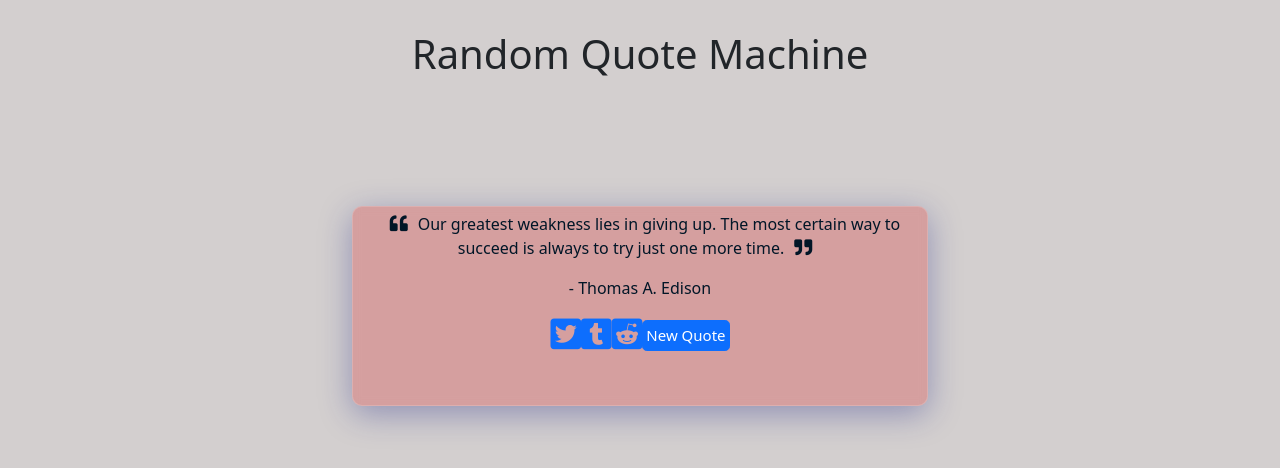
Repository: LuismGil/Random-quote-machine
Page: /
An editor plug-in stored every save of this project. The page is shown before and after the next save, followed by the edit.
The browser window is 1280 px wide. The pictures show the whole page.
The project was rebuilt for these pictures with package versions that can differ from the ones it lists, and the page was loaded fresh each time.

Above is the page before, as saved 2021-01-27 10:44:15.

After the next save:
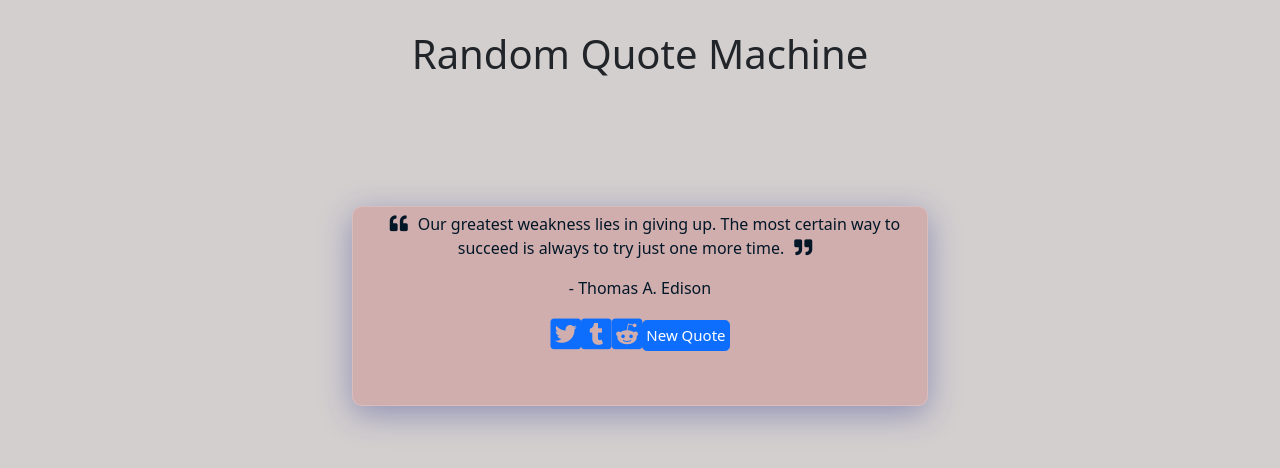
Saved 9 s later.
--- a/src/index.css
+++ b/src/index.css
@@ -16,7 +16,7 @@ h1 {
   padding: 5px;
   text-align: center;
   width: 45%;
-  background: rgba(218, 16, 16, 0.25);
+  background: rgba(202, 75, 75, 0.25);
   box-shadow: 0 8px 32px 0 rgba(31, 38, 135, 0.37);
   backdrop-filter: blur(4px);
   -webkit-backdrop-filter: blur(4px);
